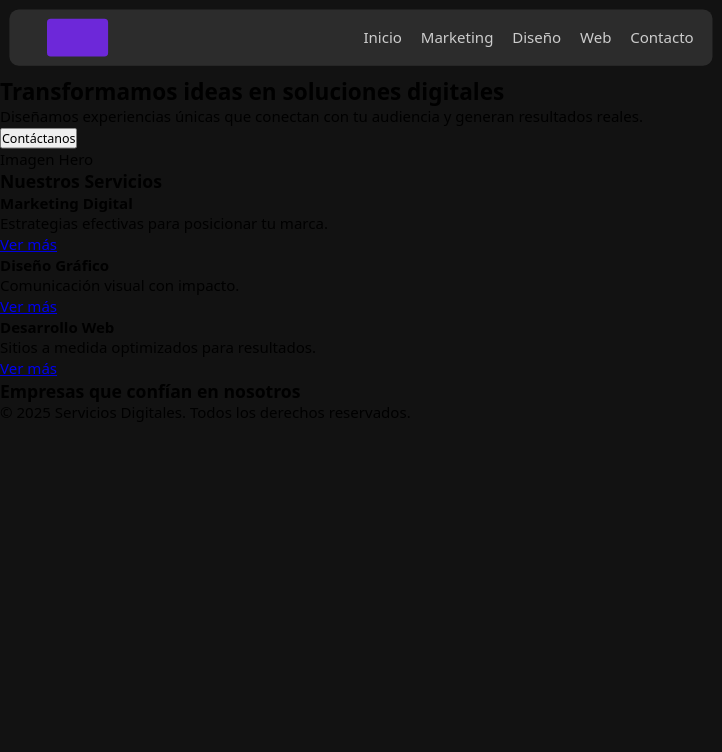
Repository: santinogarrone/TrabajoAgustin
Page: html/index.html
The author's editor kept a copy of each file at every save. The page is drawn from the files as they stood at one save, then again after a run of saves.
The browser window is 768 px wide. The pictures show the whole page, at 94% of full size.

Above is the page before, as saved 2025-05-02 11:54:54.

After the next 2 saves:
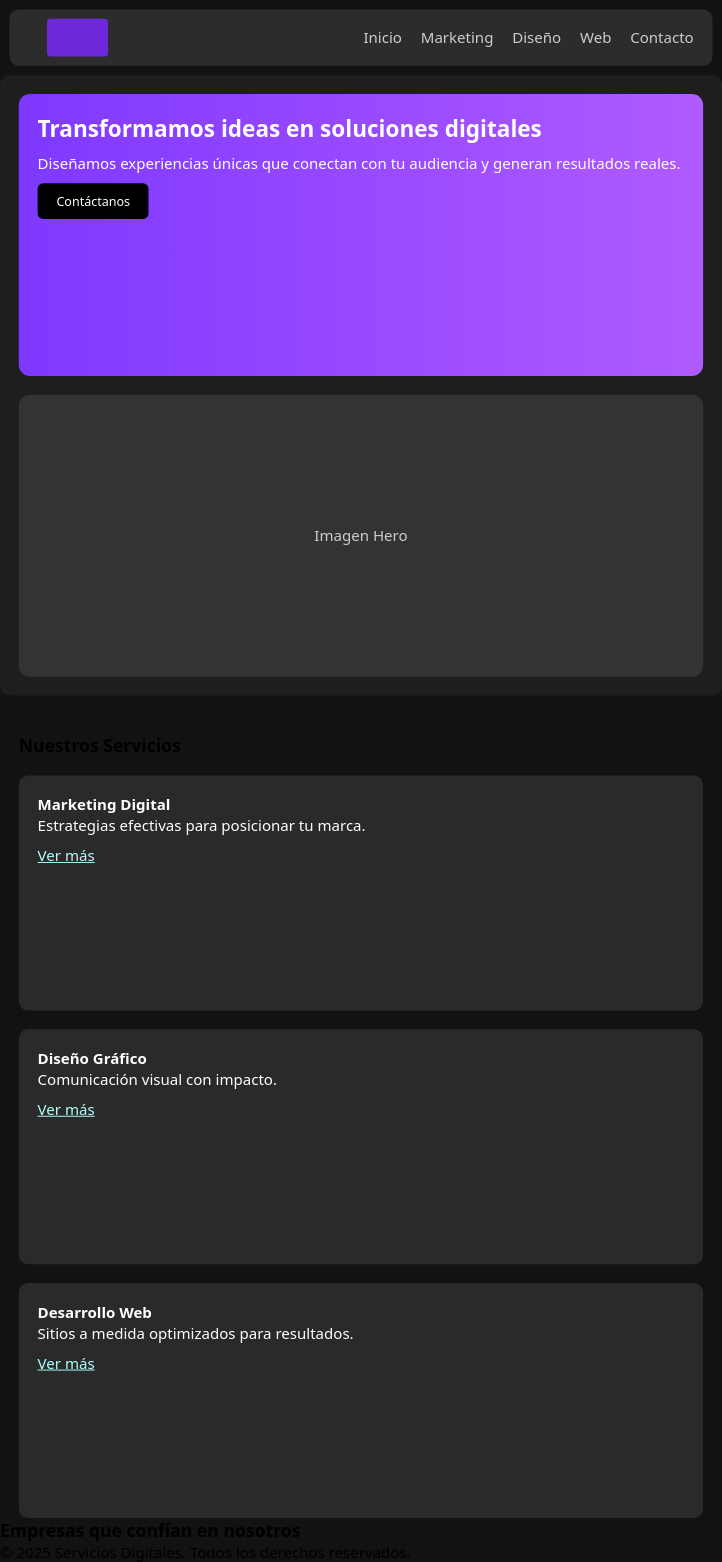
The 2 saves are shown as one change because they came seconds apart.
The last was saved 31 s later.
--- a/css/style.css
+++ b/css/style.css
@@ -60,9 +60,85 @@ header{
     text-decoration: none;
   }
 
-  .nav-item a:hover,
-  .nav-item a:focus {
+  .hero {
+    display: flex;
+    gap: 20px;
+    padding: 20px;
+    background-color: #1e1e1e;
+    border-radius: 10px;
+    flex-wrap: wrap;
+  }
+
+  .hero-texto {
+    background: linear-gradient(to right, #7f38ff, #b05bff);
     color: white;
+    padding: 20px;
+    border-radius: 12px;
+    flex: 1 1 300px;
+  }
+
+  .hero-texto h2 {
+    margin-bottom: 10px;
+  }
+
+  .hero-texto button {
+    margin-top: 10px;
+    padding: 10px 20px;
+    background-color: black;
+    color: white;
+    border: none;
+    border-radius: 6px;
+    cursor: pointer;
+  }
+
+  .hero-img {
+    background-color: #333;
+    color: #ccc;
+    display: flex;
+    align-items: center;
+    justify-content: center;
+    border-radius: 12px;
+    flex: 1 1 300px;
+    min-height: 200px;
+  }
+
+  /* Servicios */
+  .servicios {
+    margin-top: 40px;
+    padding: 0 20px;
+  }
+
+  .servicio-cards {
+    display: flex;
+    flex-wrap: wrap;
+    gap: 20px;
+    margin-top: 20px;
+  }
+
+  .card {
+    background-color: #2a2a2a;
+    color: white;
+    padding: 20px;
+    border-radius: 10px;
+    flex: 1 1 250px;
+  }
+
+  .card a {
+    color: #adfffb;
+    text-decoration: underline;
+    display: inline-block;
+    margin-top: 10px;
+  }
+
+  /* Responsive */
+  @media (max-width: 768px) {
+    .hero {
+      flex-direction: column;
+    }
+
+    .servicio-cards {
+      flex-direction: column;
+    }
   }
 
 @media (375px >= width) {
